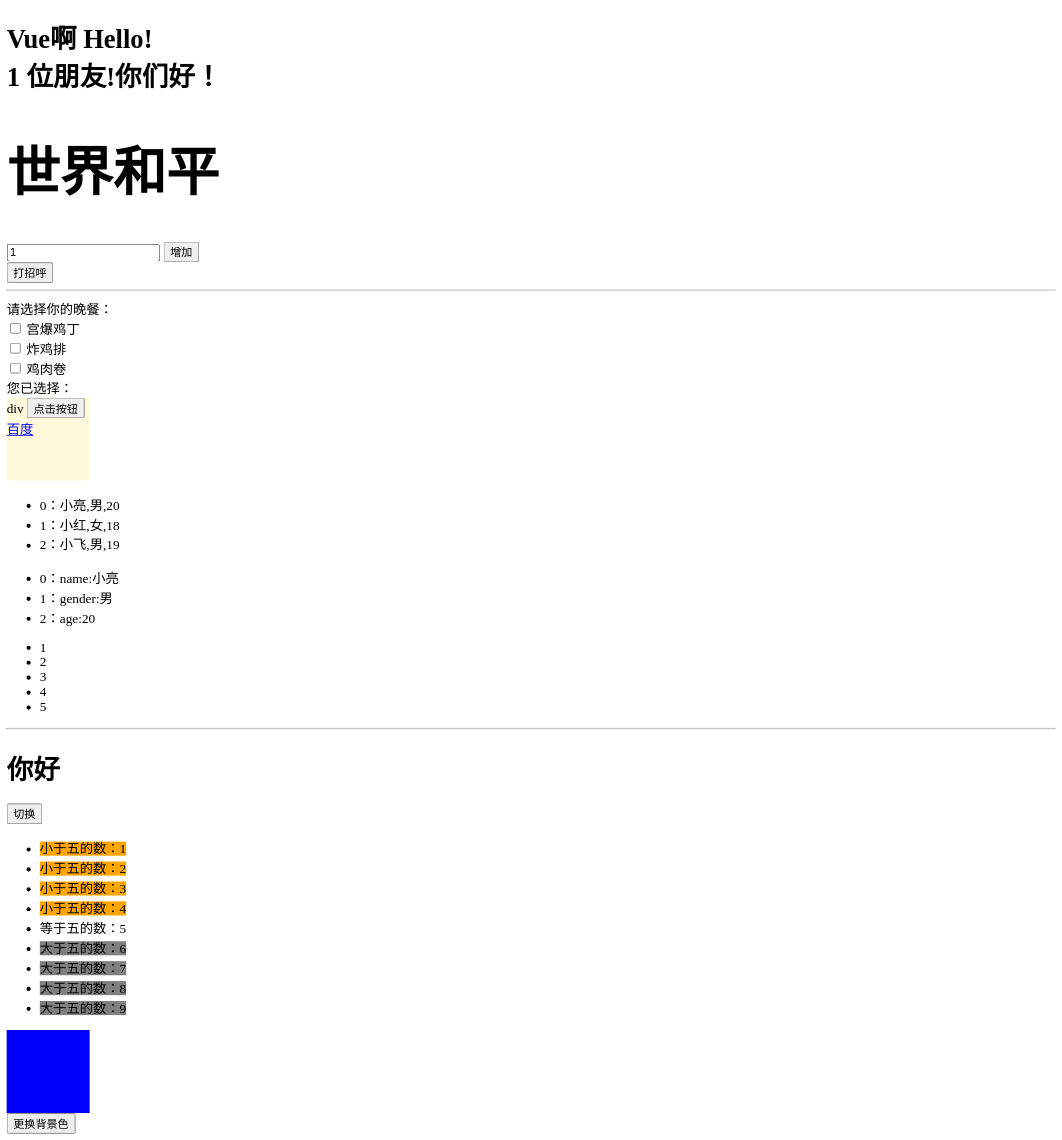
Repository: SOROoi/Web_front-end
Page: Web01_Vue/src/main/webapp/index.html
The author's editor kept a copy of each file at every save. The page is drawn from the files as they stood at one save, then again after the next save.
The browser window is 1280 px wide. The pictures show the whole page, at 83% of full size.

Above is the page before, as saved 2020-07-15 05:51:32.

### Web01_Vue/src/main/webapp/index.html
<!DOCTYPE html>
<html>
<head>
<meta charset="UTF-8">
<title>Insert title here</title>
<script src="js/vue.js"></script>
<style type="text/css">
.blue {
	width: 100px;
	height: 100px;
	background-color: blue;
}

.red {
	width: 100px;
	height: 100px;
	background-color: red;
}
</style>
</head>
<body>
	<div id="app">
		<!-- {{}} -->
		<!-- v-text -->
		<!-- v-html -->
		<!-- v-on事件	 简化写法： @事件 -->
		<h1>
			<span v-text="name"></span> Hello! <br> {{num}} 位朋友!{{message}} <br> <span v-html="word"></span>
		</h1>
		<input type="text" v-model="num" @click="num++">
		<button @click="num++">增加</button>
		<br>
		<button @click="sayhi('大家都好！')">打招呼</button>

		<!-- v-model -->
		<hr>
		请选择你的晚餐： <br>
		<input type="checkbox" v-model="dinner" value="宫爆鸡丁">
		宫爆鸡丁<br>
		<input type="checkbox" v-model="dinner" value="炸鸡排">
		炸鸡排<br>
		<input type="checkbox" v-model="dinner" value="鸡肉卷">
		鸡肉卷<br> 您已选择：<span v-text="dinner.join(',')"></span>
		<!-- 用,拼接数组 -->

		<!-- @事件.stop	阻止事件冒泡 -->
		<!-- @事件.prevent	阻止默认事件发生 -->
		<div style="width: 100px; height: 100px; background-color: cornsilk" @click="click('div')">
			div
			<button @click.stop="click('button')">点击按钮</button>
			<a href="http://www.baidu.com" @click.prevent="click('百度')">百度</a>
		</div>

		<!-- v-for遍历 -->
		<ul>
			<li v-for="(p,i) in peoples" :key="i">
				<span v-text="i+ '：' + p.name+','+p.gender+','+p.age"></span>
			</li>
		</ul>

		<ul>
			<li v-for="(v,k,i) in peoples[0]">
				<span v-text="i + '：' + k + ':' + v"></span>
			</li>
		</ul>

		<ul>
			<li v-for="i in 5">
				<span v-text="i"></span>
			</li>
		</ul>
		<hr>

		<!-- v-if -->
		<div>
			<h1 v-if="show">你好</h1>
		</div>
		<button @click="show = !show">切换</button>

		<ul>
			<li v-for="i in 9">
				<span v-if="i < 5" v-text="'小于五的数：'+i" style="background-color: orange;"></span> <span v-else-if="i > 5" v-text="'大于五的数：'+i" style="background-color: gray;"></span> <span v-else v-text="'等于五的数：'+i"></span>
			</li>
		</ul>

		<!-- v-bind -->
		<div v-bind:class="{blue: showColor, red: !showColor}"></div>
		<button @click="showColor = !showColor">更换背景色</button>

	</div>
</body>

<script>
	new Vue({
		el : "#app",
		data : {
			name : "Vue啊",
			num : 1,
			message : "你们好！",
			word : "<h1>世界和平</h1>",
			dinner : [],
			show : true,
			color : "blue",
			showColor : true,
			birthday : 152468435,
			peoples : [ {
				name : '小亮',
				gender : '男',
				age : 20
			}, {
				name : '小红',
				gender : '女',
				age : 18
			}, {
				name : '小飞',
				gender : '男',
				age : 19
			} ]
		},
		methods : {
			sayhi : function(msg) {
				this.message = msg;
			},
			click : function(msg) {
				console.log(msg);
			}
		},
		computed : {
			birth: function(){
				const d = new Date(this.birthday);
				return d.getFullYear()+"年"+d.getMonth()+"月"+getDay()+"日";
			}
		},
		created : function() {
			console.log("Vue实例创建了");
		},
	});
</script>
</html>

Loaded but not shown: Web01_Vue/src/main/webapp/js/vue.js (library)

After the next save:
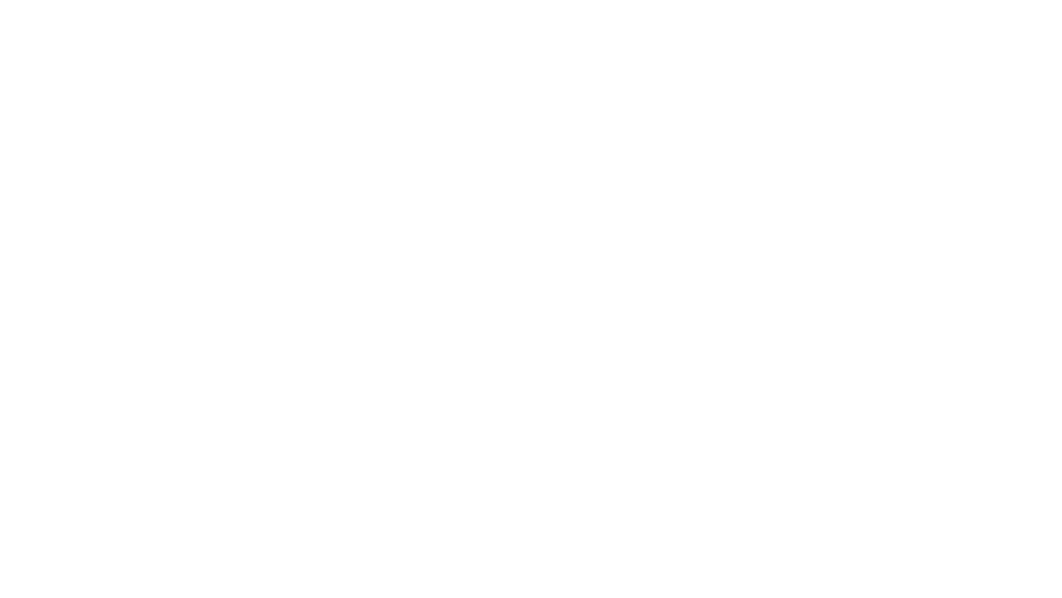
Saved 60 s later.
--- a/Web01_Vue/src/main/webapp/index.html
+++ b/Web01_Vue/src/main/webapp/index.html
@@ -87,6 +87,8 @@
 		<div v-bind:class="{blue: showColor, red: !showColor}"></div>
 		<button @click="showColor = !showColor">更换背景色</button>
 
+		<!-- 计算属性 -->
+		<h3>您的生日是{{birth}}</h3>
 	</div>
 </body>
 

After the save that followed:
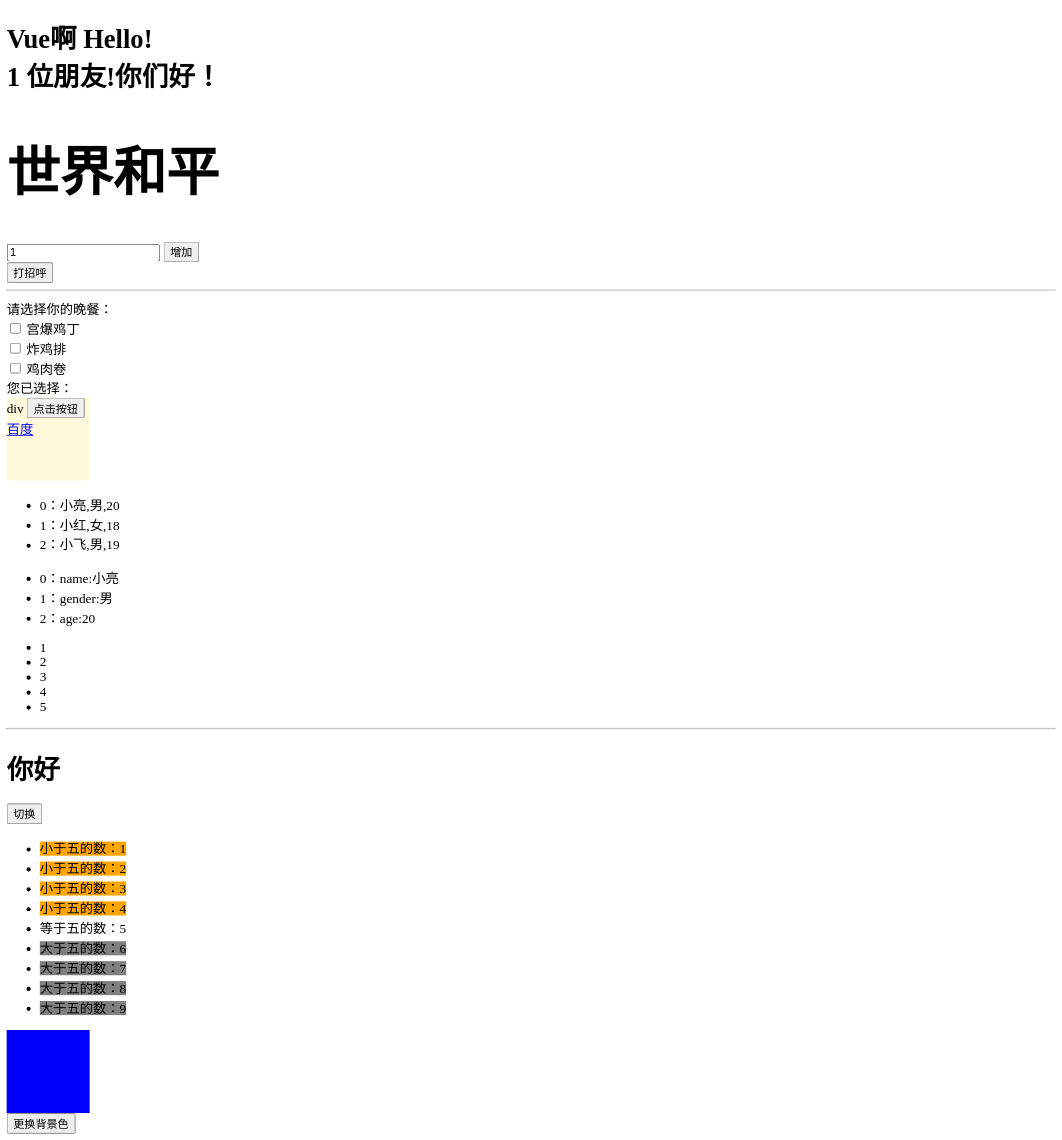
Saved 29 s later.
--- a/Web01_Vue/src/main/webapp/index.html
+++ b/Web01_Vue/src/main/webapp/index.html
@@ -88,7 +88,7 @@
 		<button @click="showColor = !showColor">更换背景色</button>
 
 		<!-- 计算属性 -->
-		<h3>您的生日是{{birth}}</h3>
+
 	</div>
 </body>
 
